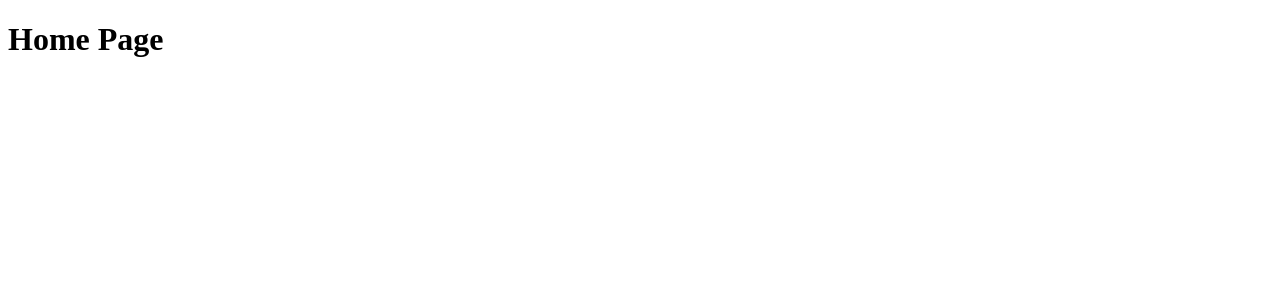
Repository: Somanath-Singh/Spring-Framework-By-Qspide
Page: http://localhost/SpringMVC-Proj01/home.jsp
These files come from the project's save history. The page is drawn as it stood at one moment and after the next save; the edit follows.
The browser window is 1280 px wide. The pictures show the whole page.
The page is served by Tomcat 9.

Above is the page before, as saved 2025-02-15 04:52:23.

After the next save:
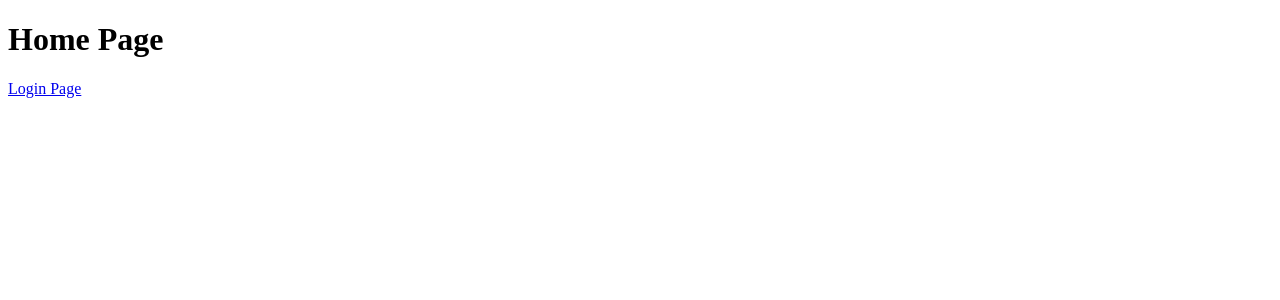
Saved 80 s later.
--- a/SpringMVC-Proj01/src/main/webapp/home.jsp
+++ b/SpringMVC-Proj01/src/main/webapp/home.jsp
@@ -8,5 +8,6 @@
 </head>
 <body>
 <h1>Home Page</h1>
+<a href="/login">Login Page</a>
 </body>
 </html>
